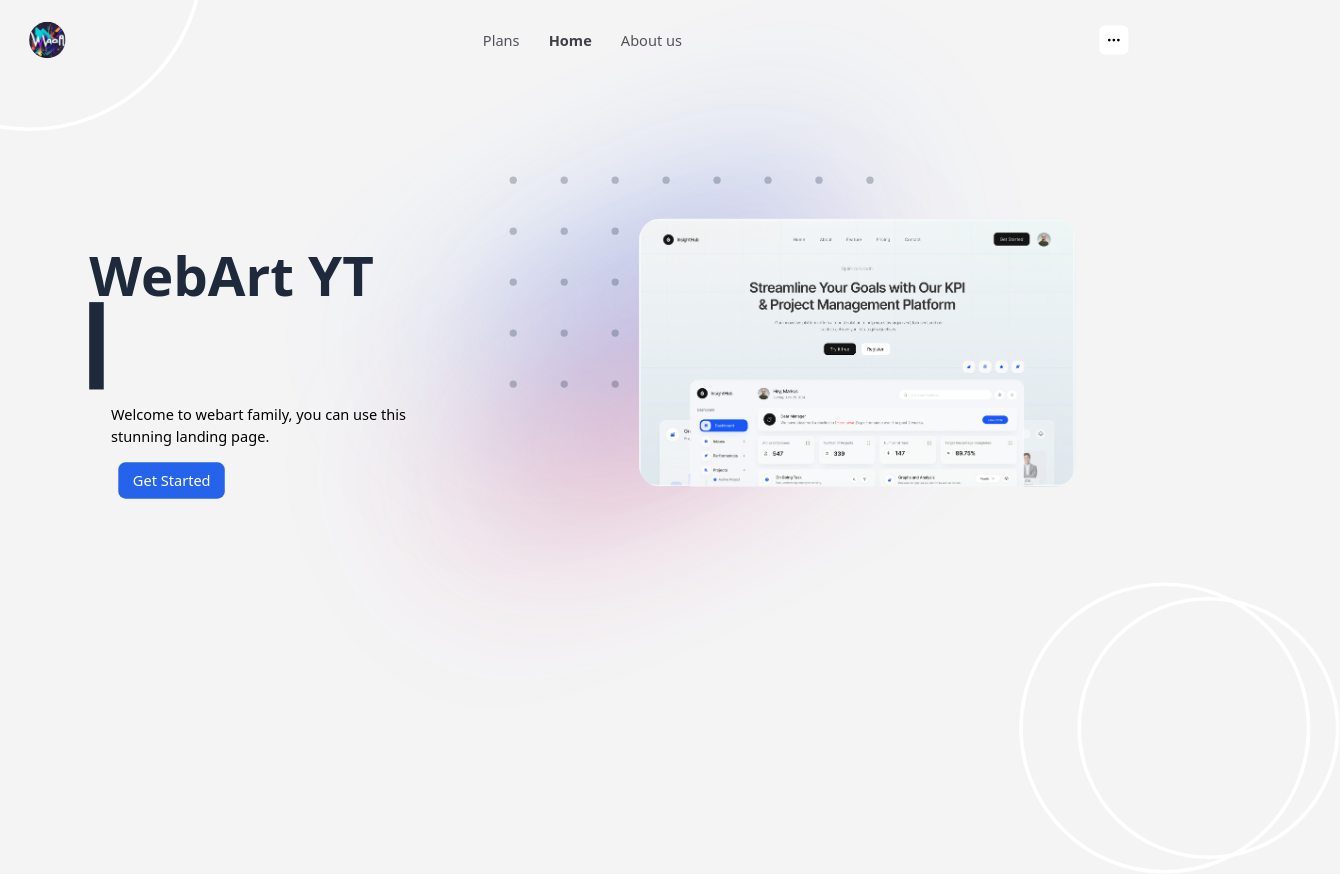
Repository: 30namp/youtube-web-art-code
Page: stunning landing page 1/index.html
The author's editor kept a copy of each file at every save. The page is drawn from the files as they stood at one save, then again after the next save.
The browser window is 1280 px wide. The page is 1472 px wide, so the pictures cover 1472 px, including what lies to the right of the window. The pictures show the whole page, at 91% of full size.

Above is the page before, as saved 2024-09-26 21:34:06.

### stunning landing page 1/index.html
<!DOCTYPE html>
<html lang="en">
  <head>
    <meta charset="UTF-8" />
    <meta name="viewport" content="width=device-width, initial-scale=1.0" />
    <title>WebArt Design</title>
    <script src="./tailwindcss.min.js"></script>
  </head>
  <body class="h-screen bg-zinc-100 overflow-hidden">
    <div
      class="absolute right-[25%] top-[60%] h-12 w-[30rem] rounded-[100%] rotate-[-25deg] bg-pink-700 blur-[6rem]"
    ></div>
    <div
      class="absolute right-[25%] top-[40%] h-12 w-[30rem] rounded-[100%] rotate-[-25deg] bg-blue-700 blur-[6rem]"
    ></div>
    <div class="grid grid-cols-8 gap-12 absolute right-[25%] top-[27%]">
      <div class="rounded-full bg-slate-700/30 size-2 shadow-lg"></div>
      <div class="rounded-full bg-slate-700/30 size-2 shadow-lg"></div>
      <div class="rounded-full bg-slate-700/30 size-2 shadow-lg"></div>
      <div class="rounded-full bg-slate-700/30 size-2 shadow-lg"></div>
      <div class="rounded-full bg-slate-700/30 size-2 shadow-lg"></div>
      <div class="rounded-full bg-slate-700/30 size-2 shadow-lg"></div>
      <div class="rounded-full bg-slate-700/30 size-2 shadow-lg"></div>
      <div class="rounded-full bg-slate-700/30 size-2 shadow-lg"></div>
      <div class="rounded-full bg-slate-700/30 size-2 shadow-lg"></div>
      <div class="rounded-full bg-slate-700/30 size-2 shadow-lg"></div>
      <div class="rounded-full bg-slate-700/30 size-2 shadow-lg"></div>
      <div class="rounded-full bg-slate-700/30 size-2 shadow-lg"></div>
      <div class="rounded-full bg-slate-700/30 size-2 shadow-lg"></div>
      <div class="rounded-full bg-slate-700/30 size-2 shadow-lg"></div>
      <div class="rounded-full bg-slate-700/30 size-2 shadow-lg"></div>
      <div class="rounded-full bg-slate-700/30 size-2 shadow-lg"></div>
      <div class="rounded-full bg-slate-700/30 size-2 shadow-lg"></div>
      <div class="rounded-full bg-slate-700/30 size-2 shadow-lg"></div>
      <div class="rounded-full bg-slate-700/30 size-2 shadow-lg"></div>
      <div class="rounded-full bg-slate-700/30 size-2 shadow-lg"></div>
      <div class="rounded-full bg-slate-700/30 size-2 shadow-lg"></div>
      <div class="rounded-full bg-slate-700/30 size-2 shadow-lg"></div>
      <div class="rounded-full bg-slate-700/30 size-2 shadow-lg"></div>
      <div class="rounded-full bg-slate-700/30 size-2 shadow-lg"></div>
      <div class="rounded-full bg-slate-700/30 size-2 shadow-lg"></div>
      <div class="rounded-full bg-slate-700/30 size-2 shadow-lg"></div>
      <div class="rounded-full bg-slate-700/30 size-2 shadow-lg"></div>
      <div class="rounded-full bg-slate-700/30 size-2 shadow-lg"></div>
      <div class="rounded-full bg-slate-700/30 size-2 shadow-lg"></div>
      <div class="rounded-full bg-slate-700/30 size-2 shadow-lg"></div>
      <div class="rounded-full bg-slate-700/30 size-2 shadow-lg"></div>
      <div class="rounded-full bg-slate-700/30 size-2 shadow-lg"></div>
      <div class="rounded-full bg-slate-700/30 size-2 shadow-lg"></div>
      <div class="rounded-full bg-slate-700/30 size-2 shadow-lg"></div>
      <div class="rounded-full bg-slate-700/30 size-2 shadow-lg"></div>
      <div class="rounded-full bg-slate-700/30 size-2 shadow-lg"></div>
      <div class="rounded-full bg-slate-700/30 size-2 shadow-lg"></div>
      <div class="rounded-full bg-slate-700/30 size-2 shadow-lg"></div>
      <div class="rounded-full bg-slate-700/30 size-2 shadow-lg"></div>
      <div class="rounded-full bg-slate-700/30 size-2 shadow-lg"></div>
    </div>

    <div
      class="circle size-96 rounded-full border-4 border-white absolute -top-60 -left-40"
    ></div>
    <div
      class="circle size-80 rounded-full border-4 border-white absolute -bottom-60 -right-40"
    ></div>
    <div
      class="circle size-72 rounded-full border-4 border-white absolute -bottom-56 -right-48"
    ></div>

    <!-- navbar -->
    <nav
      class="z-10 absolute top-0 left-0 right-0 flex justify-center items-center py-8 px-8"
    >
      <a href="/" class="absolute left-0 px-8">
        <img class="size-10 rounded-full" src="./assets/img/logo.jpg" alt="" />
      </a>

      <div class="options flex items-center gap-8">
        <a class="text-zinc-600" href="#">Plans</a>
        <a class="text-zinc-700 font-semibold" href="#">Home</a>
        <a class="text-zinc-600" href="#">About us</a>
      </div>

      <button
        class="absolute p-2 bg-white rounded-md right-0 mx-10 hover:scale-105 active:scale-100 transition"
      >
        <svg
          xmlns="http://www.w3.org/2000/svg"
          width="16"
          height="16"
          fill="currentColor"
          class="bi bi-three-dots"
          viewBox="0 0 16 16"
        >
          <path
            d="M3 9.5a1.5 1.5 0 1 1 0-3 1.5 1.5 0 0 1 0 3m5 0a1.5 1.5 0 1 1 0-3 1.5 1.5 0 0 1 0 3m5 0a1.5 1.5 0 1 1 0-3 1.5 1.5 0 0 1 0 3"
          />
        </svg>
      </button>
    </nav>

    <!-- hero section -->
    <div class="hero-section relative pt-60 flex justify-around items-start">
      <div class="content flex flex-col items-start gap-4 pt-8">
        <div class="text-6xl font-bold text-slate-800">
          <h1>WebArt YT</h1>
          <div class="h-24 w-4 bg-slate-800"></div>
        </div>
        <p class="description w-96 ml-6">
          Welcome to webart family, you can use this stunning landing page.
        </p>
        <button
          class="ml-8 px-4 py-2 rounded-lg bg-blue-600 text-white hover:scale-105 active:scale-100 transition"
        >
          Get Started
        </button>
      </div>
      <img class="w-[30rem] rounded-3xl" src="./assets/img/img.png" alt="" />
    </div>
  </body>
</html>

Loaded but not shown: stunning landing page 1/tailwindcss.min.js (library)

After the next save:
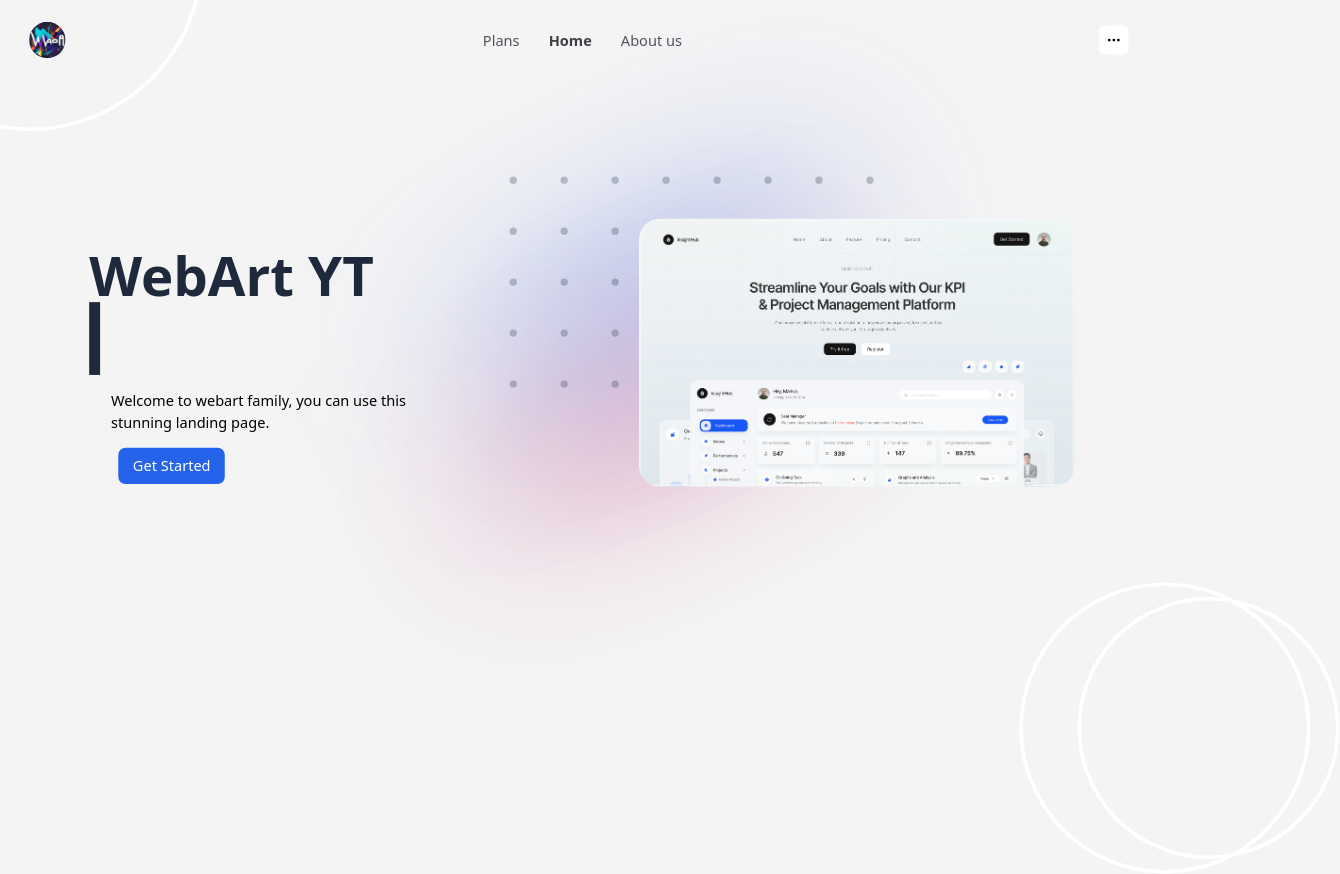
Saved 9 s later.
--- a/stunning landing page 1/index.html
+++ b/stunning landing page 1/index.html
@@ -103,7 +103,7 @@
       <div class="content flex flex-col items-start gap-4 pt-8">
         <div class="text-6xl font-bold text-slate-800">
           <h1>WebArt YT</h1>
-          <div class="h-24 w-4 bg-slate-800"></div>
+          <div class="h-20 w-3 bg-slate-800"></div>
         </div>
         <p class="description w-96 ml-6">
           Welcome to webart family, you can use this stunning landing page.
